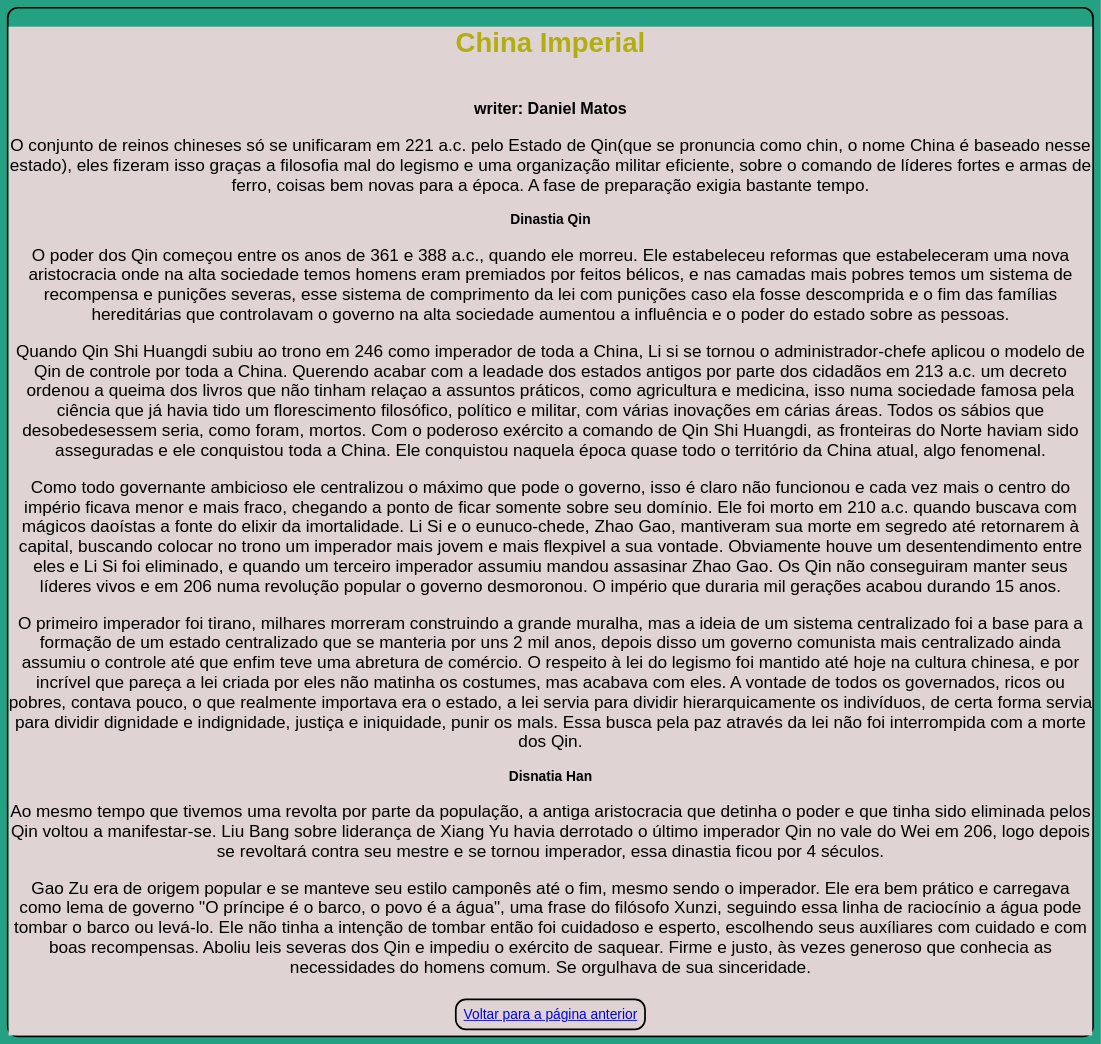
Repository: batmit/FutureFundation.github.io-1
Page: menu/articles/history/ancient/china/china.html
An editor plug-in stored every save of this project. The page is shown before and after the next save, followed by the edit.
The browser window is 1280 px wide. The pictures show the whole page, at 86% of full size.

Above is the page before, as saved 2021-09-26 14:07:58.

After the next save:
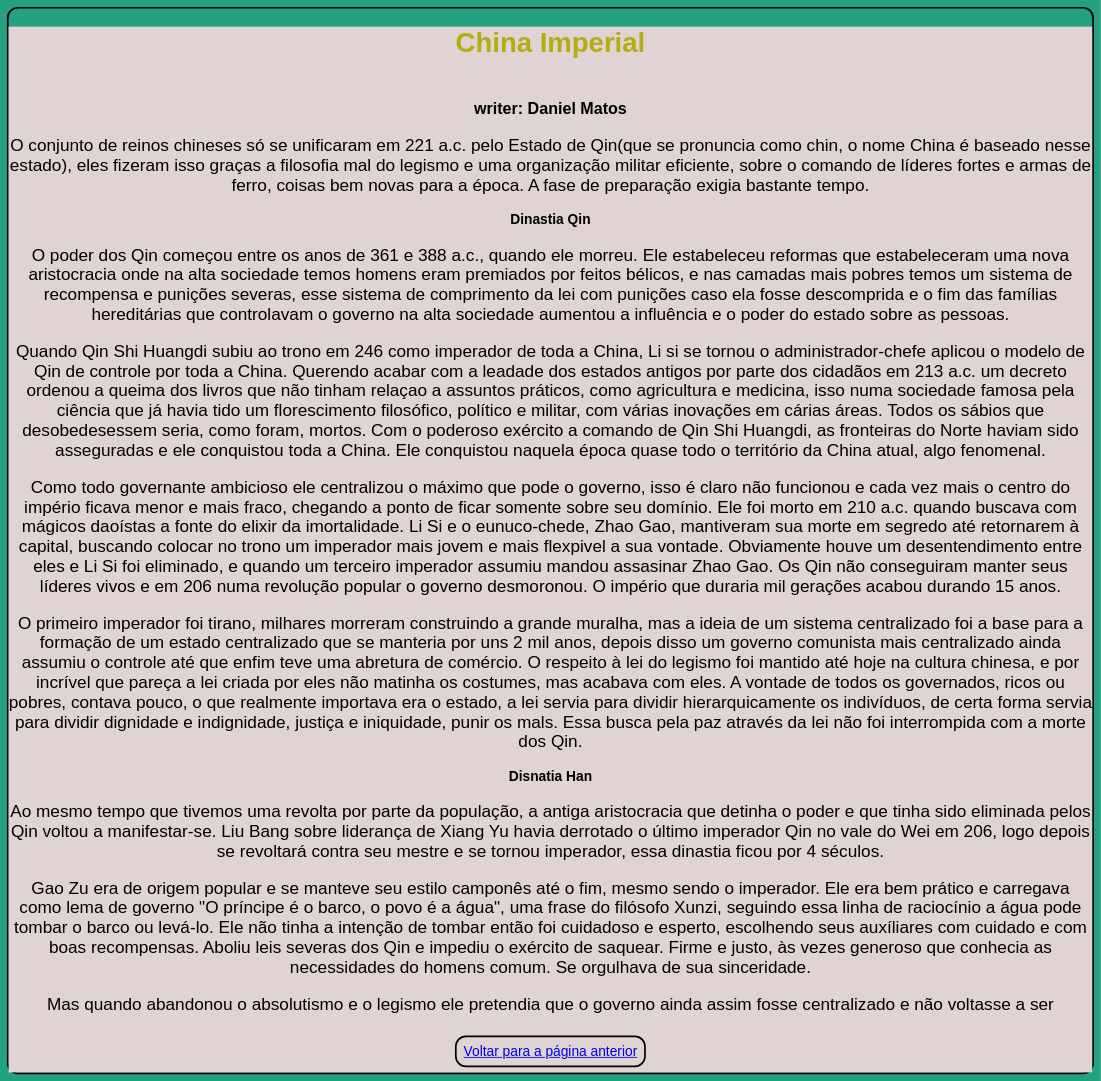
Saved 73 s later.
--- a/menu/articles/history/ancient/china/china.html
+++ b/menu/articles/history/ancient/china/china.html
@@ -29,6 +29,7 @@
         <p>Ao mesmo tempo que tivemos uma revolta por parte da população, a antiga aristocracia que detinha o poder e que tinha sido eliminada pelos Qin voltou a manifestar-se. Liu Bang sobre liderança de Xiang Yu havia derrotado o último imperador Qin no vale do Wei em 206, logo depois se revoltará contra seu mestre e se tornou imperador, essa dinastia ficou por 4 séculos. </p>
 
         <p>Gao Zu era de origem popular e se manteve seu estilo camponês até o fim, mesmo sendo o imperador. Ele era bem prático e carregava como lema de governo "O príncipe é o barco, o povo é a água", uma frase do filósofo Xunzi, seguindo essa linha de raciocínio a água pode tombar o barco ou levá-lo. Ele não tinha a intenção de tombar então foi cuidadoso e esperto, escolhendo seus auxíliares com cuidado e com boas recompensas. Aboliu leis severas dos Qin e impediu o exército de saquear. Firme e justo, às vezes generoso que conhecia as necessidades do homens comum. Se orgulhava de sua sinceridade.  </p>
+        <p>Mas quando abandonou o absolutismo e o legismo ele pretendia que o governo ainda assim fosse centralizado e não voltasse a ser </p>
 
 
 
